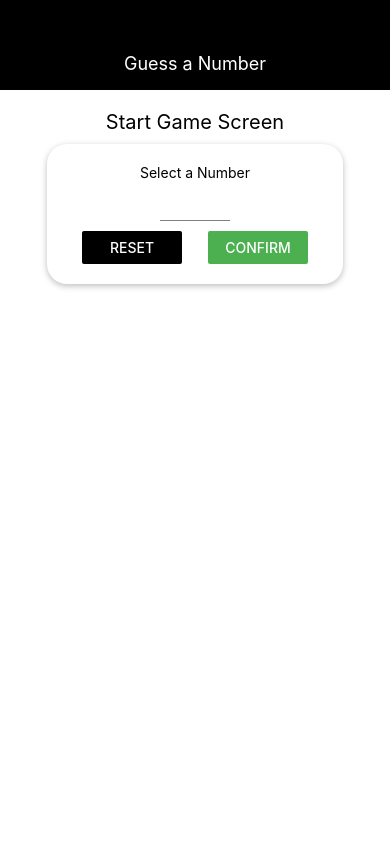
Repository: oguzhan18m/react-native-guess-number-game
Screen: /
These files come from the project's save history. The screen is drawn as it stood at one moment and after the next save; the edit follows.
The app was drawn by React Native's web renderer in a window 390 px wide. The project was rebuilt for these pictures with package versions that can differ from the ones it lists, and the page was loaded fresh each time. Some packages were replaced by stand-ins written for this rebuild. Also part of the build but not shown: screens/GameScreen.js, screens/GameOver.js.

Above is the screen before, as saved 2021-03-04 20:38:34.

### App.js
import React, { useState } from 'react';
import { StyleSheet, Text, View } from 'react-native';
import Header from './components/Header';
import StartGameScreen from './screens/StartGameScreen';
import GameScreen from './screens/GameScreen';
import GameOver from './screens/GameOver';
import * as Font from 'expo-font';
import {AppLoading} from 'expo';

const fetchFonts = () => {
  return Font.loadAsync({
    'satisfy': require('./assets/fonts/Satisfy-Regular.ttf')
  })
}

export default function App() {
  const [userNumber, setUserNumber] = useState();
  const [guessRounds, setGuessRounds] = useState(0);
  const [dataLoaded , setDataLoaded] = useState(false);

  if(!dataLoaded){
    return (
      <AppLoading startAsync={fetchFonts} onFinish={()=>setDataLoaded(true)} onError={(err)=>console.log(err)} />
    )
  }


  const configureNewGameHandler = () =>{
    setGuessRounds(0);
    setUserNumber(null);
  }

  const startGameHandler = (selectedNum) =>{
    setUserNumber(selectedNum);
  }

    const gameOverHandler = (numOfRounds) =>{
      setGuessRounds(numOfRounds);
  }

  let content = <StartGameScreen onStartGame={startGameHandler} />;

  console.log(userNumber);

  if(userNumber && guessRounds <=0 ){
    content=<GameScreen userChoice={userNumber} onGameOver={gameOverHandler} />
  }else if(guessRounds >0){
    content= <GameOver roundsNumber={guessRounds} userNumber={userNumber} configureNewGameHandler={configureNewGameHandler} />;
  }
  return (
    <View style={styles.screen}>
      <Header title='Guess a Number' />
      {content}
    </View>
  );
}

const styles = StyleSheet.create({
  screen:{
    flex:1,

  }
});

### components/Header.js
import React from 'react';
import { StyleSheet, Text, View } from 'react-native';
import Colors from '../constants/Colors';

const Header = (props) => {
    return (
        <View style={styles.header}>
            <Text style={styles.headerTitle}>{props.title}</Text>

        </View>
    )
}

const styles = StyleSheet.create({
    header:{
        width:'100%',
        height:90,
        paddingTop:36,
        backgroundColor:'black',
        alignItems:'center',
        justifyContent:'center',
    },
    headerTitle:{
        color:'white',
        fontSize:18,
    }
});

export default Header;

### screens/StartGameScreen.js
import React, { useState } from 'react';
import { Button, StyleSheet, Text, View, TouchableWithoutFeedback, Keyboard, Alert } from 'react-native';
import Card from '../components/Card';
import Input from '../components/Input';
import Colors from '../constants/Colors';

const StartGameScreen = (props) => {
    const [ enteredValue, setEnteredValue] = useState('');
    const [ confirmed, setConfirmed] = useState(false);
    const [ selectedNumber, setSelectedNumber] = useState();



    const numberInputHandler = (inputText) =>{
        setEnteredValue(inputText);
    }

    const resetInputHandler = () =>{
        setEnteredValue('');
        setConfirmed(false);
    }

    const confirmInputHandler = () =>{
        const chosenNumber = parseInt(enteredValue);
        if(chosenNumber === NaN || chosenNumber <= 0 || chosenNumber > 99 ){
            Alert.alert('Invalid Number!' , 'Number has to be between 1 and 99.' ,[{text:'Okay', style:'destructive', onPress:resetInputHandler}]);
            return ;
        }
        setConfirmed(true);
        setSelectedNumber(chosenNumber);
        setEnteredValue('');
        Keyboard.dismiss()
    }

    let confirmedOutput;
    if(confirmed){
        confirmedOutput = (
            <Card style={styles.summaryContainer}>
                <Text>You selected</Text>
                <View style={styles.numberContainer}>
                    <Text style={styles.theNumber}>{selectedNumber}</Text>
                </View>
                <Button title='START GAME' onPress={()=> props.onStartGame(selectedNumber)} />
            </Card>
        )
    }
    return (
        <TouchableWithoutFeedback onPress={()=>Keyboard.dismiss()}>
        <View style={styles.screen}>
            <Text style={styles.title}>Start Game Screen</Text>
            <Card style={styles.inputContainer}>
                <Text>Select a Number</Text>
                <Input  style={styles.input}
                blurOnSubmit
                autoCapitalize='none'
                autoCorrect={false}
                keyboardType='number-pad'
                maxLength={2}
                onChangeText={numberInputHandler}
                value={enteredValue}
                />
                <View style={styles.buttonContainer}>
                    <View style={styles.button}>
                    <Button title='Reset' onPress={resetInputHandler} color={Colors.accent} />
                    </View>
                    <View style={styles.button}>
                    <Button title='Confirm' onPress={confirmInputHandler} color={Colors.primary} />
                    </View>
                </View>
            </Card>
            {confirmedOutput}
        </View>
        </TouchableWithoutFeedback>
    )
}

const styles = StyleSheet.create({
    screen : {
        flex:1,
        padding:10,
        alignItems:'center',

    },
    title:{
        fontSize:20,
        marginVertical:10,

    },
    buttonContainer:{
        flexDirection:'row',
        alignItems:'center',
        justifyContent:'space-between',
        width:'100%',
        paddingHorizontal:15,
    },
    inputContainer:{
        width:300,
        maxWidth:'80%',
        alignItems:'center',
    },
    button: {
        width:100,
    },
    input:{
        width:70,
        textAlign:'center',
    },
    summaryContainer:{
        marginTop:20,
        alignItems:'center',

    },
    numberContainer:{
        borderWidth:5,
        borderColor: Colors.accent,
        padding:10,
        borderRadius:10,
        marginVertical:10,
        alignItems:'center',
        justifyContent:'center',
    },
    theNumber:{
        color:Colors.accent,
        fontSize:22,
    }

});

export default StartGameScreen;

### constants/Colors.js
export default {
    primary:'#4CAF50',
    accent:'black',
}

### components/Card.js
import React from 'react';
import { Button, StyleSheet, Text, TextInput, View } from 'react-native';

const Card = (props) => {
    return (
        <View style={{...styles.card, ...props.style}}>
            {props.children}
        </View>
    )
}



const styles = StyleSheet.create({
    card:{
        shadowColor:'black',
        shadowOffset:{width:0, height:2},
        shadowRadius:6,
        shadowOpacity:0.26,
        backgroundColor:'white',
        elevation:5,
        padding:20,
        borderRadius:20,
    }
});
export default Card;

### components/Input.js
import React from 'react';
import { Button, StyleSheet, Text, TextInput, View } from 'react-native';

const Input = (props) => {
    return (
            <TextInput {...props} style={{...styles.input , ...props.style }} />
    )
};


const styles = StyleSheet.create({
    input:{
        height:30,
        borderBottomColor:'grey',
        borderBottomWidth:1,
        marginVertical:10,
    }
});

export default Input;

After the next save:
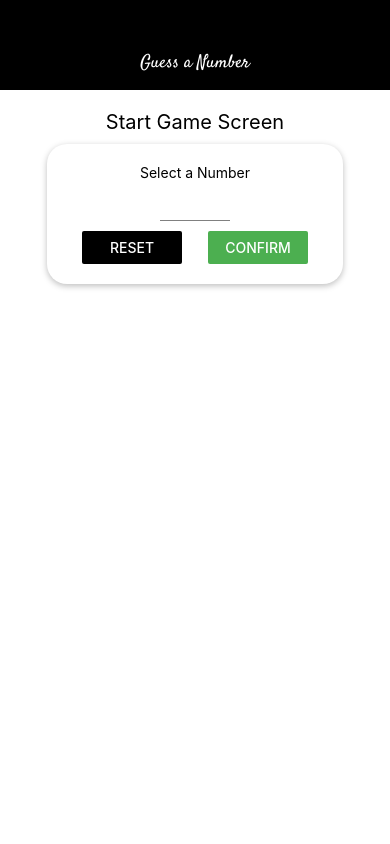
Saved 41 s later.
--- a/components/Header.js
+++ b/components/Header.js
@@ -23,6 +23,7 @@ const styles = StyleSheet.create({
     headerTitle:{
         color:'white',
         fontSize:18,
+        fontFamily:'satisfy',
     }
 });
 
